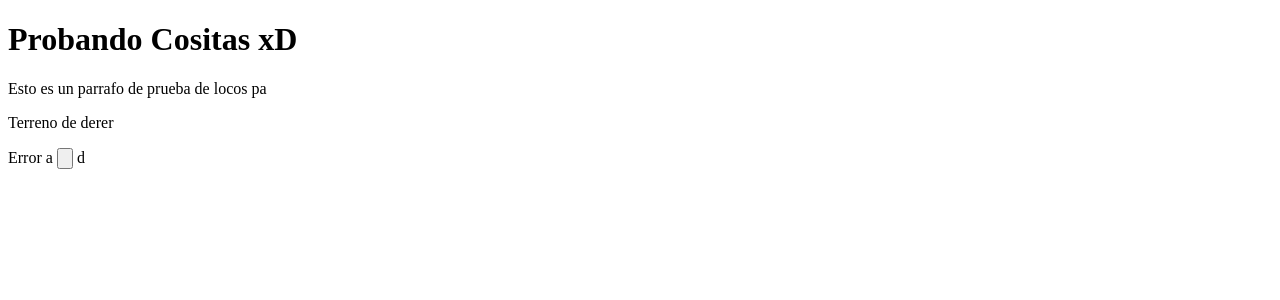
Repository: eschala/Innovadores-Adl_Sep2023
Page: React/react.html
An editor plug-in stored every save of this project. The page is shown before and after a run of saves, followed by the edit.
The browser window is 1280 px wide. The pictures show the whole page.

Above is the page before, as saved 2023-12-06 17:29:31.

### React/react.html
<!DOCTYPE html>
<html lang="en">
<head>
    <meta charset="UTF-8">
    <meta name="viewport" content="width=device-width, initial-scale=1.0">
    <title>Document</title>
</head>
<body>
    <h1 class="titulo">Probando Cositas xD</h1>

    <p class="parrafo">Esto es un parrafo de prueba de locos pa</p>
    <p>Terreno de derer</p>
    <label for="">Error </label>
a
    <input type="button" value="">
    d
</body>
</html>

After the next 3 saves:
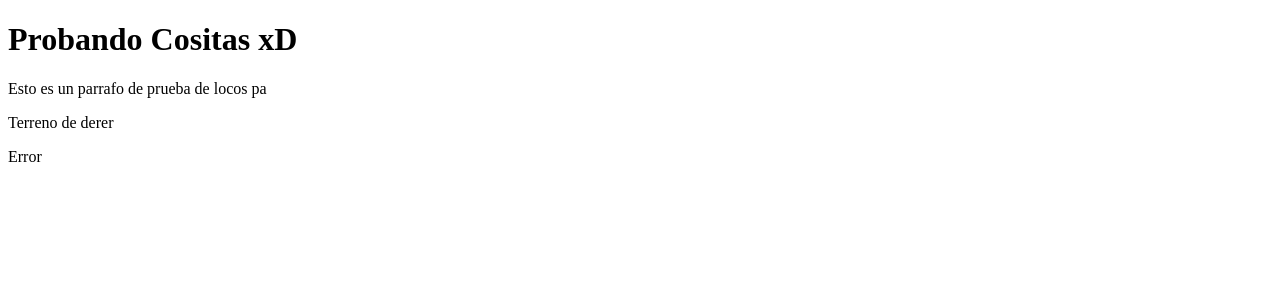
The 3 saves are shown as one change because they came seconds apart.
The last was saved 10 s later.
--- a/React/react.html
+++ b/React/react.html
@@ -11,8 +11,6 @@
     <p class="parrafo">Esto es un parrafo de prueba de locos pa</p>
     <p>Terreno de derer</p>
     <label for="">Error </label>
-a
-    <input type="button" value="">
-    d
+<a href=""></a>
 </body>
 </html>
